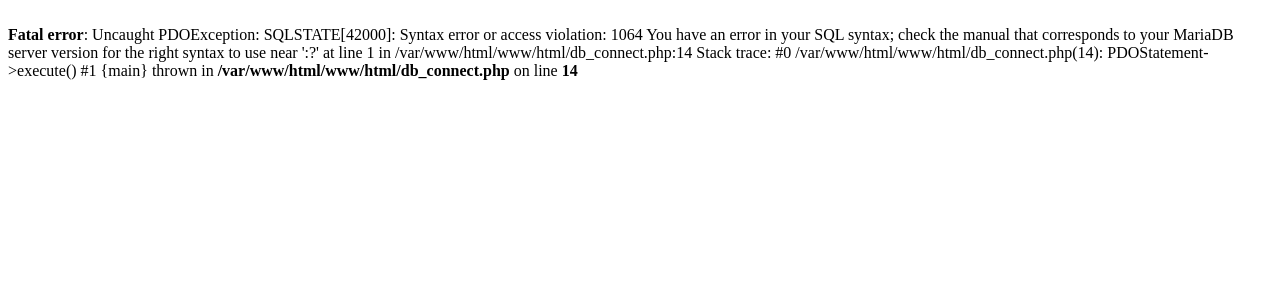
Repository: posse-ap/gen2.0-akira1515
Page: http://localhost/www/html/db_connect.php
These files come from the project's save history. The page is drawn as it stood at one moment and after the next save; the edit follows.
The browser window is 1280 px wide. The pictures show the whole page.
The page is run by PHP 8.4 with error messages shown; the project is at /var/www/html/. The database holds what the project's SQL file puts in it.

Above is the page before, as saved 2021-12-24 15:58:54.

After the next save:
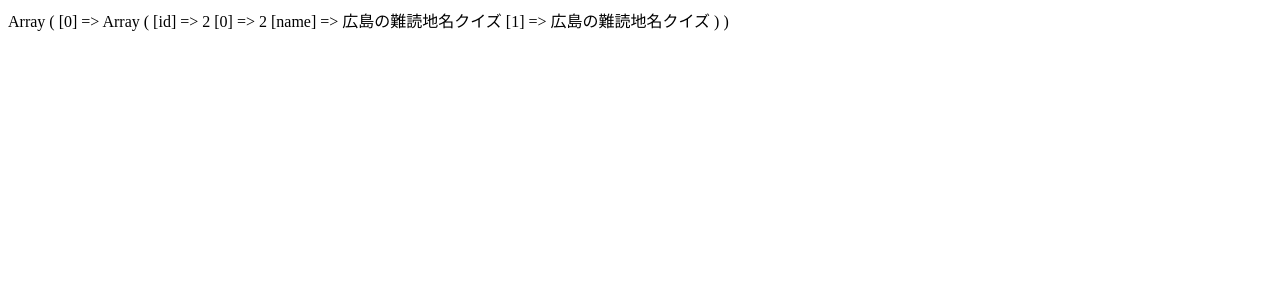
Saved 4 min 4 s later.
--- a/www/html/db_connect.php
+++ b/www/html/db_connect.php
@@ -4,11 +4,11 @@ $pdo = new PDO('mysql:dbname=quizy; host=db;' , 'root', 'secret');
 $pdo->query('SET NAMES utf8;');
 
 // 2.実行したいSQL文をセットする。
-$stmt = $pdo->prepare('SELECT * FROM big_questions WHERE id = :?' );
+$stmt = $pdo->prepare('SELECT * FROM big_questions WHERE id = :id' );
 
 // 3.SQLに対してパラメーターをセットする。【任意】(可変する部分の受け皿)
 // $stmt->bindValue(':mail_address', $mail_address, PDO::PARAM_STR);
-// $stmt->bindValue(':id', 2);
+$stmt->bindValue(':id', 2);
 
 // 4.実際にSQLを実行する。
 $stmt->execute(); //prepareの時に発射させるもの
